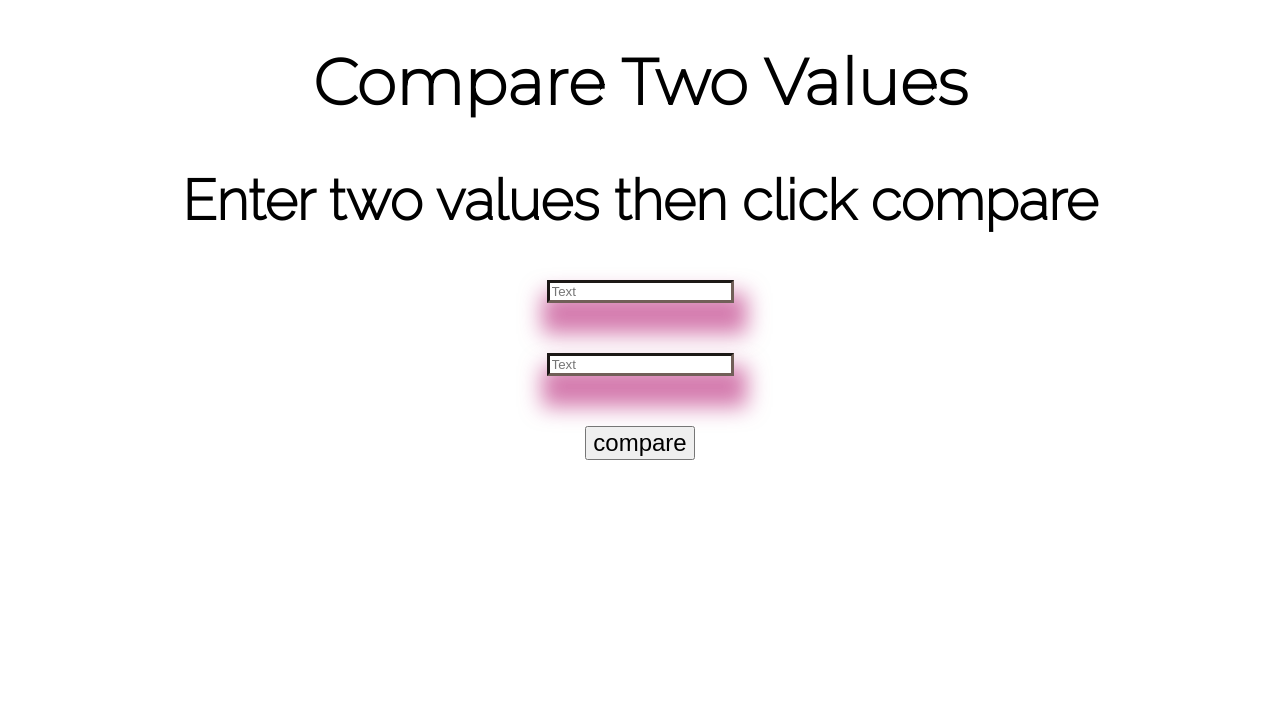
Repository: thecptwaffles/compareWebApp
Page: index.html
These files come from the project's save history. The page is drawn as it stood at one moment and after the next save; the edit follows.
The browser window is 1280 px wide. The pictures show the whole page.

Above is the page before, as saved 2022-10-05 18:55:34.

### index.html
<!DOCTYPE html>
<html lang="en">

<head>
  <meta charset="UTF-8">
  <meta name="viewport" content="width=device-width, initial-scale=1.0">
  <meta http-equiv="X-UA-Compatible" content="ie=edge">
  <link rel="stylesheet" href="style.css">
  <title>Compare</title>
</head>

<body>

  <h1>Compare Two Values</h1>

  <h2>Enter two values then click compare</h2>

  <div class="inputs">

    <input id="userInput" type="text" placeholder="Text">

  </div>

  <div class="inputs">

    <input id="userInputCompare" type="text" placeholder="Text">

  </div>

  <div class="inputs">

    <button onclick="returnText()">compare</button>

  </div>




  <h2 id="cool"></h2>
  <script src="script.js"></script>
</body>

</html>

### style.css
@import url('https://fonts.googleapis.com/css2?family=Montserrat:wght@200&family=Raleway:wght@200&display=swap');

:root {
    --prim-font: 'Montserrat', sans-serif;
    --sec-font: 'Raleway', sans-serif;
    --primClr: #1d6862;
    --secClr: #00a972;
    --thrdClr: #715f58;
}

h1 {
    font-size: 4rem;
    text-align: center;
    font-family: var(--prim-font);
}

h2 {
    font-size: 3.5rem;
    text-align: center;
    font-family: var(--sec-font);
}

input {
    border-color: var(--thrdClr);
    border-width: 3px;
    box-shadow: 4px 22px 21px 9px rgba(176, 11, 105, 0.54);
    -webkit-box-shadow: 4px 22px 21px 9px rgba(176, 11, 105, 0.54);
    -moz-box-shadow: 4px 22px 21px 9px rgba(176, 11, 105, 0.54);
}

.inputs {
    display: flex;
    align-items: center;
    justify-content: center;
    margin-bottom: 50px;
}

button {
    font-size: 1.5rem;
}

### script.js
var output = document.getElementById("cool")

function returnText() {
    let start = document.getElementById("userInput").value;
    let end = document.getElementById("userInputCompare").value;

    if (start == end) {
        output.innerHTML = "Same"
        output.style.color = "#69b00b";
    } else {
        output.innerHTML = "Not The Same!"
        output.style.color = "#b00b"
        output.style.textDecoration = "underline"
    }
}

After the next save:
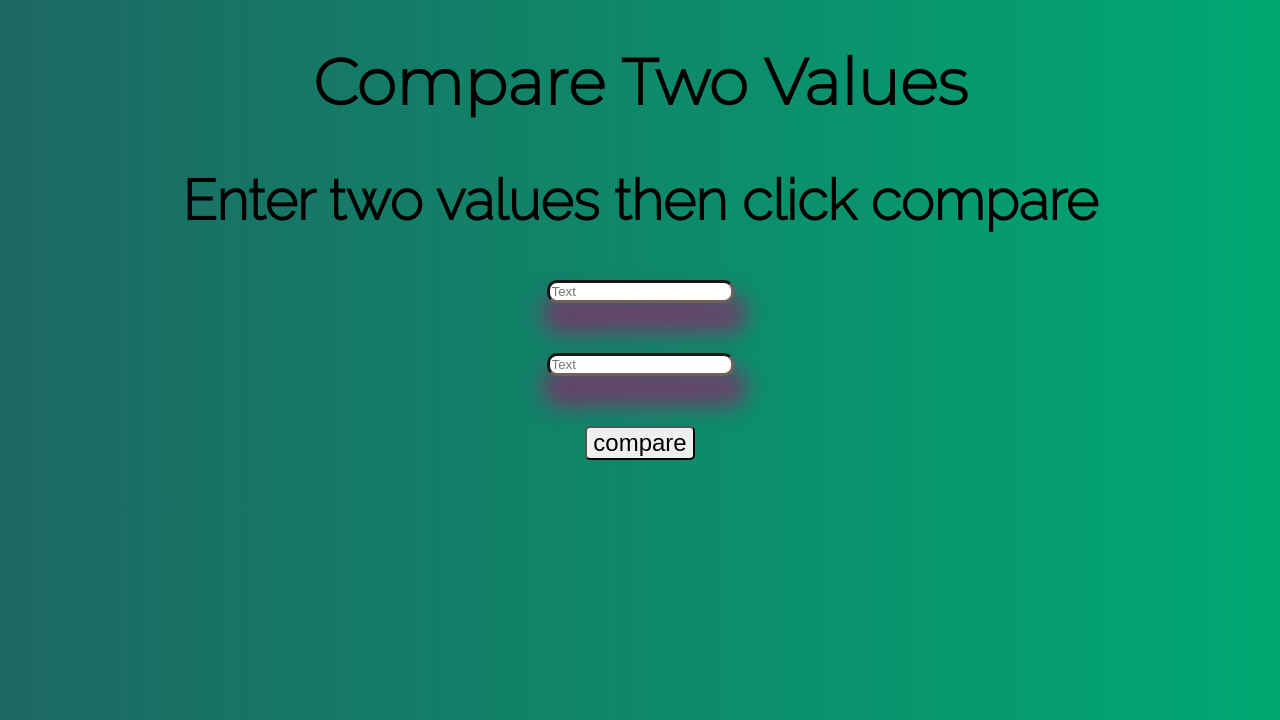
Saved 2 min 46 s later.
--- a/style.css
+++ b/style.css
@@ -6,6 +6,7 @@
     --primClr: #1d6862;
     --secClr: #00a972;
     --thrdClr: #715f58;
+    background-image: linear-gradient(90deg, var(--primClr), var(--secClr));
 }
 
 h1 {
@@ -26,6 +27,11 @@ input {
     box-shadow: 4px 22px 21px 9px rgba(176, 11, 105, 0.54);
     -webkit-box-shadow: 4px 22px 21px 9px rgba(176, 11, 105, 0.54);
     -moz-box-shadow: 4px 22px 21px 9px rgba(176, 11, 105, 0.54);
+    border-radius: 10px;
+    -webkit-border-radius: 10px;
+    -moz-border-radius: 10px;
+    -ms-border-radius: 10px;
+    -o-border-radius: 10px;
 }
 
 .inputs {
@@ -37,4 +43,9 @@ input {
 
 button {
     font-size: 1.5rem;
+    border-radius: 5px;
+    -webkit-border-radius: 5px;
+    -moz-border-radius: 5px;
+    -ms-border-radius: 5px;
+    -o-border-radius: 5px;
 }
